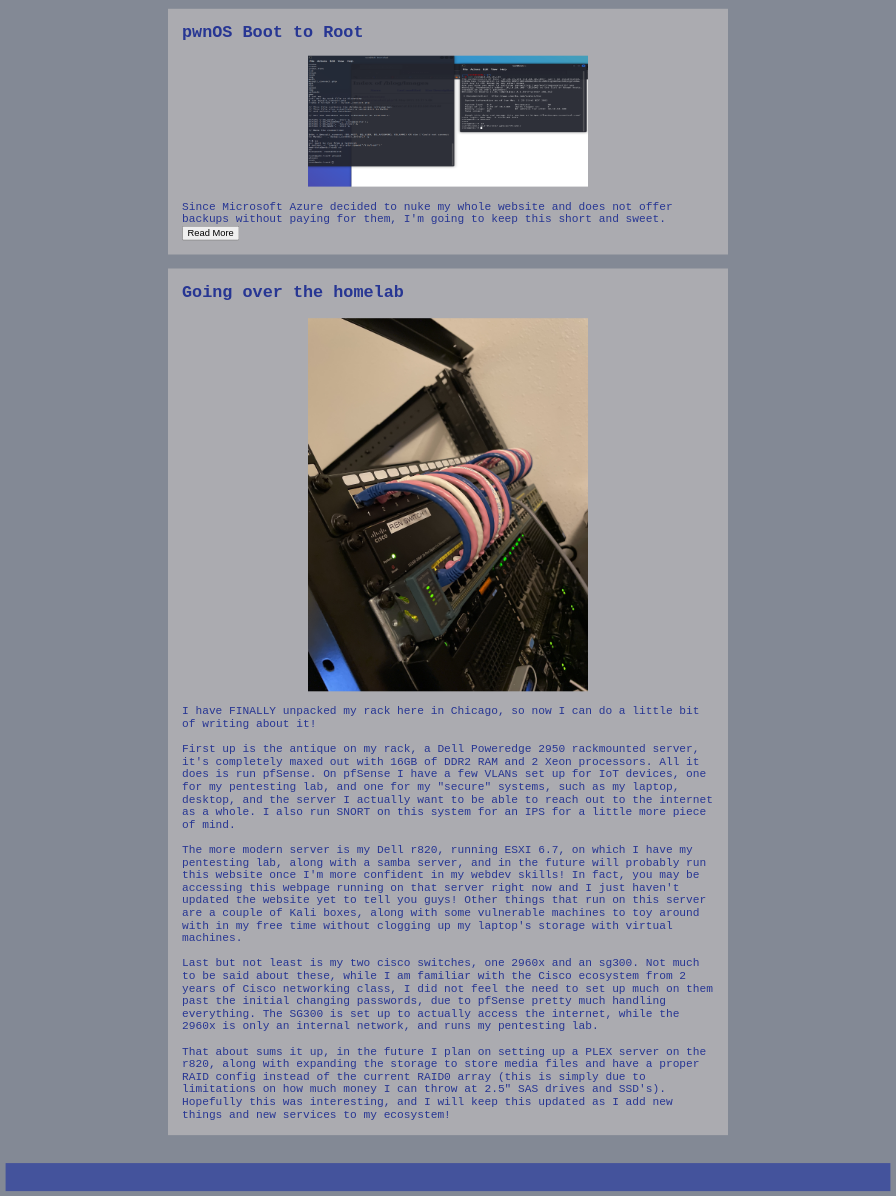
Repository: RennarDeer/RenDev
Page: index.html
The author's editor kept a copy of each file at every save. The page is drawn from the files as they stood at one save, then again after the next save.
The browser window is 1280 px wide. The pictures show the part of the page from y = 1002 to 2922 px (the page is 2711 px tall before and 2922 px after), at 70% of full size.
Some web libraries are served in a nearby version.

Above is the page before, as saved 2023-02-16 22:58:37.
Console error: TypeError: Cannot read properties of null (reading 'addEventListener')

### index.html
<!DOCTYPE html>
<html>
  <head>
    <title>Rennar's Website</title>
    <link rel="stylesheet" type="text/css" href="style.css">
    <script src="readmore.js"></script>
  </head>
  <body>
    <header>
      <h1>Ren's Dumb Website</h1>

    </header>
     <!-- "About" section -->
     <section id="about" class="intro">
        <!--Replace with your own image-->
        <center><img src="renpic.JPG"
            alt="RennarPicture" height=375px;>
        <h2 class="section-title">Hi, I'm Ren!</h2>
        <p>
            A little bit about myself, I'm Rennar, or Ren for short. I'm a 25 year old girl from North Dakota
            who is currently living in Chicago, Illinois. My hobbies are mainly focused on my home lab, and security research.
            <br><br>
            My other hobbies include a little bit of light gaming when I have the time, skateboarding, cooking, and photography.</center>
	</p>
    </section>
    <main>

        <article>
            <h2>OWASP IoT GOAT</h2>

            <img src="boot2root.png" alt="Boot2Root">

            Here is a small write up
          </article>
      <article>
        <h2>pwnOS Boot to Root</h2>

        <img src="boot2root.png" alt="Boot2Root">

        Since Microsoft Azure decided to nuke my whole website and does not offer backups without
        paying for them, I'm going to keep this short and sweet.

        <button id="read-more-btn">Read More</button>

        <div id="article-more" style="display: none;">

            <br><br>
            <p>
        pwnOS 2.0 isn't known as a difficult box to break into, but it makes for a good starting out
        point for people new to CTFs. A quick rundown of this box is that it is a simple blog for a
        company, running a vulnerable version of SimplePHP. Executing a remote command to reset
        the admin password is a fairly simple perl script that comes with Kali Linux, after running it,
        you can log into the site.

            <br><br>

        This doesn't get you very far, but you'll be able to upload ANY file
        you would like. So naturally I set up netcat, uploaded and ran a reverse shell. After this its
        fairly trivial to find the root password in a config file the website owner left us, and now
        we can directly ssh into the box as root, completing this CTF.
        </p>
        </article>
      <article>
        <h3>Going over the homelab</h3>

                        <img src="rackpic.JPG" alt="RensRack">

                        I have FINALLY unpacked my rack here in Chicago, so now I can do a little bit of writing about it!

                            <br><br>


                        First up is the antique on my rack, a Dell Poweredge 2950 rackmounted server, it's completely
                        maxed out with 16GB of DDR2 RAM and 2 Xeon processors. All it does is run pfSense. On pfSense
                        I have a few VLANs set up for IoT devices, one for my pentesting lab, and one for my "secure"
                        systems, such as my laptop, desktop, and the server I actually want to be able to reach out
                        to the internet as a whole. I also run SNORT on this system for an IPS for a little more piece
                        of mind.

                            <br><br>

                        The more modern server is my Dell r820, running ESXI 6.7, on which I have my pentesting lab,
                        along with a samba server, and in the future will probably run this website once I'm more confident
                        in my webdev skills! In fact, you may be accessing this webpage running on that server right now and
                        I just haven't updated the website yet to tell you guys! Other things that run on this server are a
                        couple of Kali boxes, along with some vulnerable machines to toy around with in my free time without
                        clogging up my laptop's storage with virtual machines.

                            <br><br>

                        Last but not least is my two cisco switches, one 2960x and an sg300. Not much to be said about these,
                        while I am familiar with the Cisco ecosystem from 2 years of Cisco networking class, I did not feel
                        the need to set up much on them past the initial changing passwords, due to pfSense pretty much handling
                        everything. The SG300 is set up to actually access the internet, while the 2960x is only an internal
                        network, and runs my pentesting lab.

                            <br><br>

                        That about sums it up, in the future I plan on setting up a PLEX server on the r820, along with expanding
                        the storage to store media files and have a proper RAID config instead of the current RAID0 array (this is
                        simply due to limitations on how much money I can throw at 2.5" SAS drives and SSD's). Hopefully this was
                        interesting, and I will keep this updated as I add new things and new services to my ecosystem!

      </article>
    </main>
    <footer>
    </footer>
  </body>
</html>

### style.css
body {
    background-color: #838995;
    color: #273693;
    font-family: "Courier New", Courier, monospace;
    font-size: 16px;
  }

  header {
    background-color: #44539c;
    color: #ababb0;
    padding: 20px;
    display: flex;
    justify-content: space-between;
    align-items: center;
  }

  nav ul {
    list-style: none;
    margin: 0;
    padding: 0;
    display: flex;
  }

  nav ul li {
    margin: 0 10px;
  }

  nav ul li a {
    color: #ababb0;
    text-decoration: none;
  }

  main {
    max-width: 800px;
    margin: 0 auto;
    padding: 20px;
  }

  article {
    background-color: #ababb0;
    padding: 20px;
    margin-bottom: 20px;
  }

  article h2 {
    color: #273693;
    font-size: 24px;
    margin-top: 0;
  }

  article img {
    display: block;
    margin: 20px auto;
    width: 400px;
    height: auto;
  }

  article h3 {
    color: #273693;
    font-size: 24px;
    margin-top: 0;
  }

  article img {
    display: block;
    margin: 20px auto;
    width: 400px;
    height: auto;
  }

  footer {
    background-color: #44539c;
    color: #ababb0;
    padding: 20px;
    text-align: center;
  }

### readmore.js
var readMoreBtn = document.getElementById("read-more-btn");
var articleMore = document.getElementById("article-more");

readMoreBtn.addEventListener("click", function() {
    if (articleMore.style.display === "none") {
        articleMore.style.display = "block";
        readMoreBtn.innerText = "Read Less";
    } else {
        articleMore.style.display = "none";
        readMoreBtn.innerText = "Read More";
    }
});

After the next save:
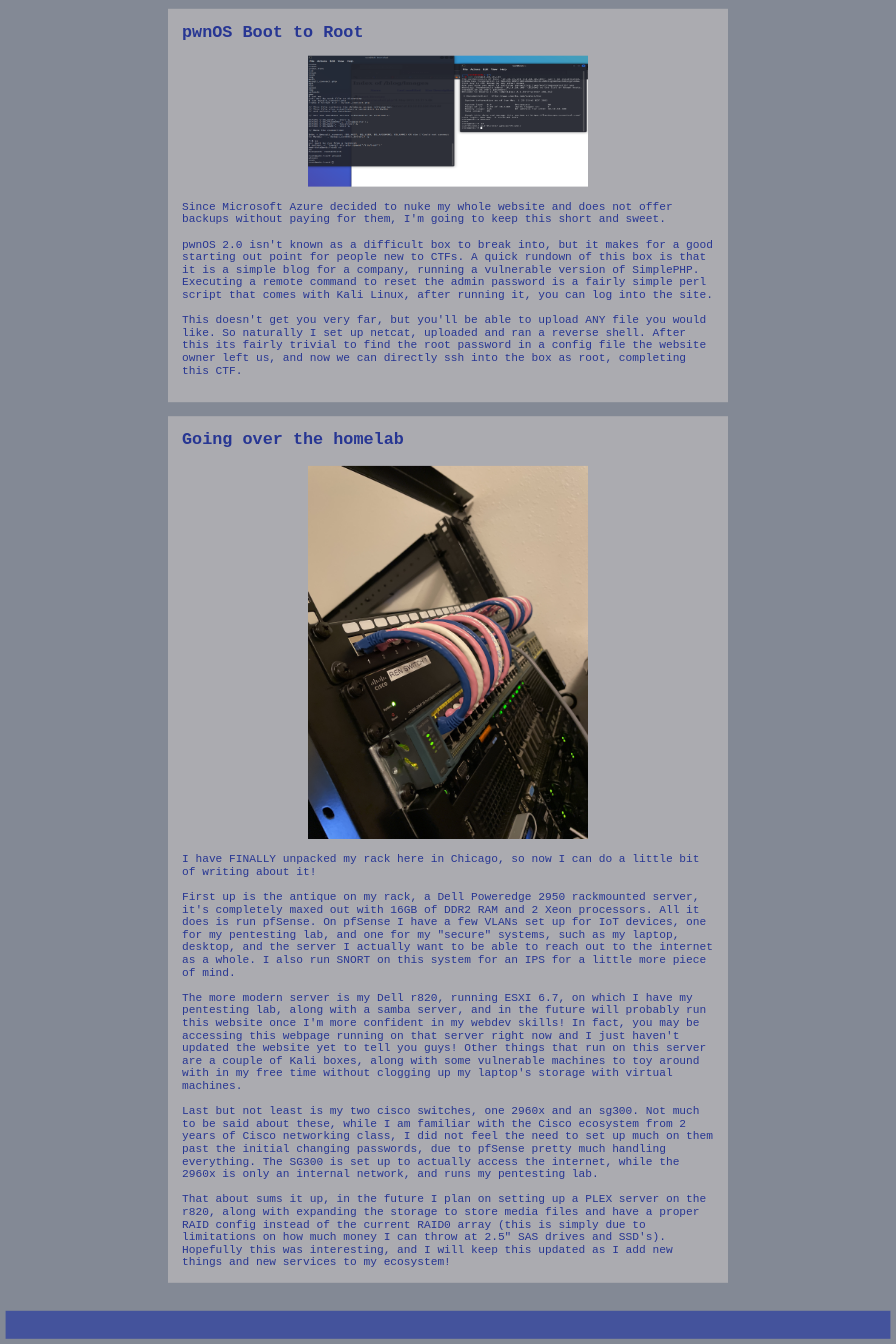
Saved 4 min 35 s later.
--- a/index.html
+++ b/index.html
@@ -4,6 +4,7 @@
     <title>Rennar's Website</title>
     <link rel="stylesheet" type="text/css" href="style.css">
     <script src="readmore.js"></script>
+    <script src="https://ajax.googleapis.com/ajax/libs/jquery/2.1.1/jquery.min.js"></script>
   </head>
   <body>
     <header>
@@ -36,16 +37,12 @@
         <h2>pwnOS Boot to Root</h2>
 
         <img src="boot2root.png" alt="Boot2Root">
-
+        <p class="show-read-more">
         Since Microsoft Azure decided to nuke my whole website and does not offer backups without
         paying for them, I'm going to keep this short and sweet.
 
-        <button id="read-more-btn">Read More</button>
+            <br><br>
 
-        <div id="article-more" style="display: none;">
-
-            <br><br>
-            <p>
         pwnOS 2.0 isn't known as a difficult box to break into, but it makes for a good starting out
         point for people new to CTFs. A quick rundown of this box is that it is a simple blog for a
         company, running a vulnerable version of SimplePHP. Executing a remote command to reset
